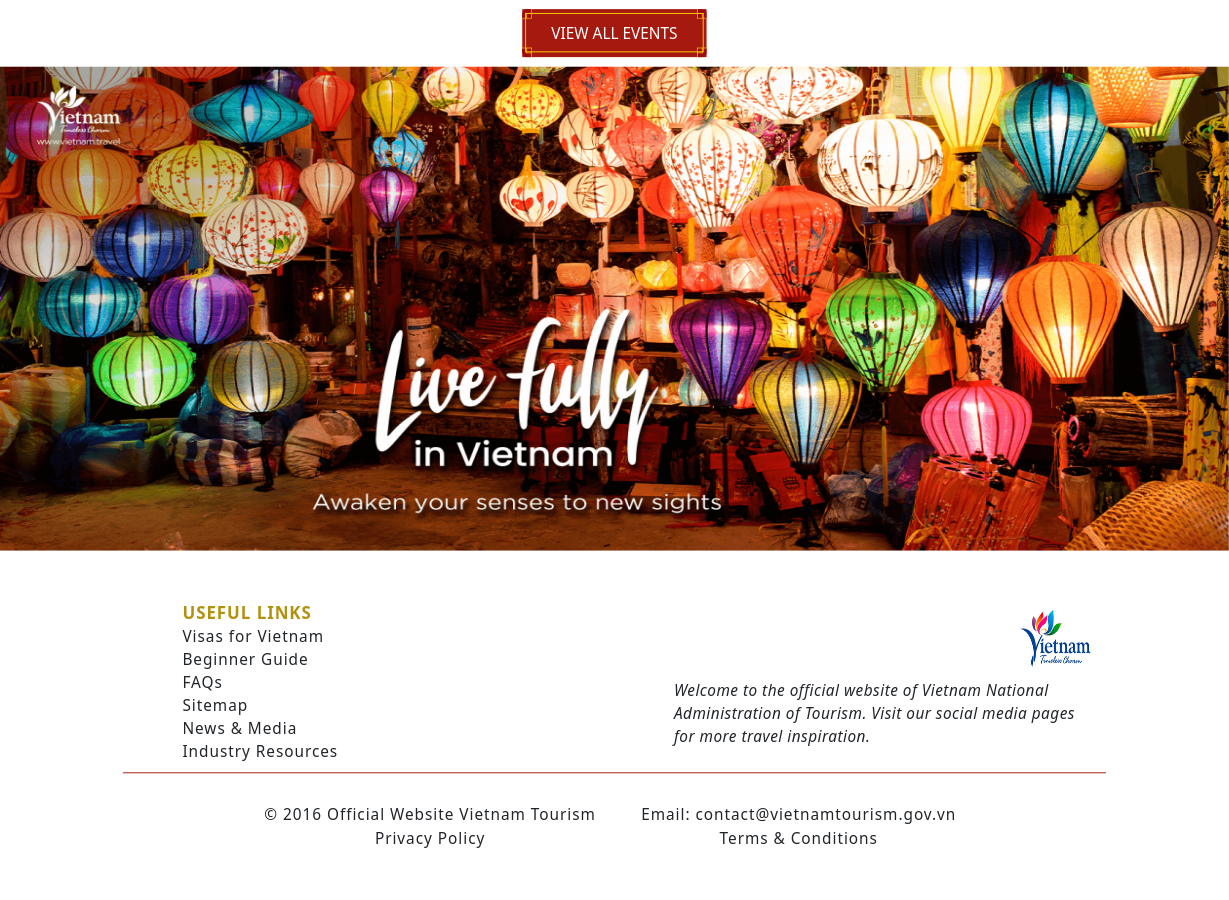
Repository: nguoilaisaochoi/TRAVEL-DEMO
Page: index.html
An editor plug-in stored every save of this project. The page is shown before and after the next save, followed by the edit.
The browser window is 1280 px wide. The pictures show the part of the page from y = 2162 to 3172 px (the page is 3100 px tall before and 3172 px after), at 96% of full size.
A picture or video elsewhere on the page could not be fetched, so the positions and the page height are approximate.

Above is the page before, as saved 2023-03-27 18:39:26.

### index.html
<!DOCTYPE html>
<html lang="en">
  <head>
    <meta charset="UTF-8" />
    <meta http-equiv="X-UA-Compatible" content="IE=edge" />
    <meta name="viewport" content="width=device-width, initial-scale=1.0" />
    <link rel="stylesheet" href="./index.css" />
    <script src="./index.js"></script>
    <link
      href="https://cdn.jsdelivr.net/npm/bootstrap@5.0.2/dist/css/bootstrap.min.css"
      rel="stylesheet"
      integrity="sha384-EVSTQN3/azprG1Anm3QDgpJLIm9Nao0Yz1ztcQTwFspd3yD65VohhpuuCOmLASjC"
      crossorigin="anonymous"
    />
    <title>Document</title>
  </head>
  <body>
    <div id="header">
      <img id="logo" src="./img_vd/logo.jpg" alt="" />
      <a href="#" onclick="showmenu()"><img id="vmenu" src="./img_vd/navmenu.jpg" /></a>
      <div id="menu">
        <li id="menucon">Live fully in Vietnam</li>
        <li id="menucon">Places to go</li>
        <li id="menucon">Things to do</li>
        <li id="menucon">Plan your trip</li>
        <li id="menucon">Green travel</li>
        <li id="menucon">Travel offers</li>
        <li id="menucon" onclick="addlang()" style="cursor: pointer">EN</li>
        <li id="lang"><p style="margin-top: 10px">日本語</p></li>
      </div>
    </div>
    <div id="vid">
      <video width="100%" autoplay muted loop src="./img_vd/1.mp4"></video>
    </div>
    <div id="content">
      <div id="cn1">
        <p id="start">LIVE FULLY IN VIETNAM</p>
        <p>Spectacular nature. Exceptional cuisine. Cultural diversity. Excellent service.</p>
        <p>
          Vietnam has fully reopened for international tourism without Covid-19 restrictions (No
          vaccination certificate, No test requirements, No quarantine, No medical declaration) and
          restored visa policies and immigration procedures as before Covid-19.
        </p>
        <p>
          Now you are free to discover and enjoy various wild nature destinations like limestone
          mountains, green terraced rice fields, and white sandy beaches. Holidays are coming, let’s
          get away from it all.
        </p>
        <p>
          Take in new sights, sounds, and flavors. Enjoy experiences that are truly memorable. Let’s
          explore, relax, and play. Live fully in Vietnam.
        </p>
      </div>
      <div id="cn2" class="row">
        <div id="cn21" class="col-md-12 col-lg-6">
          <div id="big">
            <img src="./img_vd/cn21.jpg" alt="" />
            <div id="tt">
              <div id="tt1"><p>Culture</p></div>
              <div id="tt2">
                <p>A guide to the boat tours of Ninh Binh</p>
              </div>
            </div>
          </div>
        </div>
        <div id="cn22" class="col-6 col-md-6 col-lg-3">
          <div id="big">
            <img src="./img_vd/cn22small.jpg" alt="" />
            <div id="tt">
              <div id="tt1"><p>Culture</p></div>
              <div id="tt2">
                <p>Enjoy the great outdoors in Ho Chi Minh City</p>
              </div>
            </div>
          </div>
        </div>
        <div id="cn23" class="col-6 col-md-6 col-lg-3">
          <div id="big">
            <img src="./img_vd/cn23smal.jpg" alt="" />
            <div id="tt">
              <div id="tt1"><p>Luxury</p></div>
              <div id="tt2">
                <p>Comfort Meets Culture at Hanoi's Luxury Hotels</p>
              </div>
            </div>
          </div>
        </div>
        <div id="cn24" class="col-lg-6">
          <div id="big">
            <img src="./img_vd/cn24.jpg" alt="" />
            <div id="tt">
              <div id="tt1"><p>Nature</p></div>
              <div id="tt2">
                <p>Binh Thuan: A Waterfall Paradise</p>
              </div>
            </div>
          </div>
        </div>
        <div id="cn24" class="col-lg-6">
          <div id="big">
            <img src="./img_vd/cn25.jpg" alt="" />
            <div id="tt">
              <div id="tt1"><p>Adventure</p></div>
              <div id="tt2">
                <p>Vung Tau - A sightseeing wonderland</p>
              </div>
            </div>
          </div>
        </div>
      </div>
    </div>
    <div id="whaton">
      <p style="font-size: 220%; color: #b2910e; text-transform: uppercase; font-weight: bold">
        What on?
      </p>
      <p style="font-size: 140%; letter-spacing: 0.5px">Check out upcoming events in Vietnam</p>
      <div id="event">
        <div id="e1" class="ev">
          <img src="./img_vd/e1.jpg" />
          <div id="info">
            <p>11 Mar 2023 - 13 Mar 2023</p>
            <p id="info2">Ban Flower Festival</p>
          </div>
        </div>
        <div id="e2" class="ev">
          <img src="./img_vd/e2.jpeg" />
          <div id="info">
            <p>10 Mar 2023 - 14 Mar 2023</p>
            <p id="info2">Buon Ma Thuot Coffee Festival</p>
          </div>
        </div>
        <div id="e3" class="ev">
          <img src="./img_vd/e3.jpeg" />
          <div id="info">
            <p>06 Mar 2023 - 11 Mar 2023</p>
            <p id="info2">Huong Pagoda Festival</p>
          </div>
        </div>
        <div id="e4" class="ev">
          <img src="./img_vd/e4.jpeg" />
          <div id="info">
            <p>08 Mar 2023 - 10 Mar 2023</p>
            <p id="info2">Da Nang Quan The Am Festival</p>
          </div>
        </div>
      </div>
      <div id="allev">
        <div id="allev1">
          <p>view all events</p>
        </div>
      </div>
    </div>
    <img src="./img_vd/VNAT Cover 2.png" width="100%" height="70%" />
    <!--FOOTER-->
    <div id="footer">
      <div id="ctfooter" class="row">
        <div id="ctfooter1" class="col-lg-6">
          <li style="color: #b2910e; font-weight: bold; letter-spacing: 1px; font-size: 110%">
            USEFUL LINKS
          </li>
          <li>Visas for Vietnam</li>
          <li>Beginner Guide</li>
          <li>FAQs</li>
          <li>Sitemap</li>
          <li>News & Media</li>
          <li>Industry Resources</li>
        </div>
        <div id="ctfooter2" class="col-lg-6">
          <img src="./img_vd/logo-bw.png" />
          <p style="margin-top: 10px">
            Welcome to the official website of Vietnam National Administration of Tourism. Visit our
            social media pages for more travel inspiration.
          </p>
        </div>
      </div>
      <div id="about" class="row">
        <li class="col-lg-6">© 2016 Official Website Vietnam Tourism</li>
        <li class="col-lg-6">Email: contact@vietnamtourism.gov.vn</li>
        <li class="col-lg-6">Privacy Policy</li>
        <li class="col-lg-6">Terms & Conditions</li>
      </div>
    </div>
  </body>
</html>

### index.css
/*--------------MOBILE--------------------*/
@media screen and (min-width: 225px) {
  body {
    width: 100%;
    height: 100vh;
    margin: 0;
    font-family: Arial, Helvetica, sans-serif;
  }
  #header {
    position: relative;
    width: 100%;
    height: 50px;
    background-color: white;
    z-index: 2;
  }
  #footer {
    width: 100%;
    min-height: 364px;
    background-color: white;
    display: flex;
    justify-content: center;
    flex-direction: column;
  }
  #ctfooter {
    margin: auto;
    width: 100%;
    height: 90%;
    margin-top: 10px;
    border-bottom: 1px solid #a5190e;
  }
  #ctfooter1 {
    list-style: none;
    letter-spacing: 1px;
    display: flex;
    justify-content: center;
    align-items: center;
    flex-direction: column;
  }
  #ctfooter2 {
    letter-spacing: 0.5px;
    font-style: italic;
    display: flex;
    flex-direction: column;
    justify-content: center;
    align-items: center;
    text-align: center;
  }
  #ctfooter2 img {
    margin-top: 10px;
    width: 30%;
    height: 35%;
  }
  #about {
    margin: auto;
    width: 100%;
    height: 200px;
    list-style: none;
    margin-top: 10px;
  }
  #about li {
    text-align: center;
    letter-spacing: 1px;
    height: 20px;
  }
  #vid {
    width: 100%;
    min-height: 100px;
    overflow: hidden;
    z-index: 0;
  }
  #logo {
    position: relative;
    z-index: 1;
    max-width: 20%;
    margin-left: 5%;
  }
  #start {
    margin-top: 20px;
    font-size: 160%;
    font-weight: bold;
    color: #b2910e;
    letter-spacing: 1px;
  }
  #vmenu {
    float: right;
    width: 10%;
    margin: 2%;
  }
  #menu {
    z-index: 0;
    position: absolute;
    list-style: none;
    display: block;
    flex-direction: column;
    width: 100%;
    margin-top: -10px;
    height: 0px;
    background-color: white;
    overflow: hidden;
    animation: animate2 0.5s ease;
  }
  #menu.active {
    z-index: 0;
    position: absolute;
    list-style: none;
    display: block;
    flex-direction: column;
    width: 100%;
    background-color: white;
    overflow: hidden;
    height: auto;
    animation: animate 0.5s ease;
    border-bottom: 5px solid #a5190e;
  }
  @keyframes animate {
    0% {
      height: 0px;
    }
    100% {
      height: 285px;
    }
  }
  @keyframes animate2 {
    0% {
      height: 285px;
    }
    100% {
      height: 0px;
    }
  }
  #lang {
    display: flex;
    width: 100%;
    justify-content: center;
    background-color: rgb(255, 255, 227);
    height: 0px;
    overflow: hidden;
    transition: 0.2s ease;
    text-decoration: none;
    color: gray;
  }
  #lang.active {
    display: flex;
    width: 100%;
    justify-content: center;
    background-color: rgb(255, 255, 227);
    height: 40px;
    overflow: hidden;
  }
  #menucon {
    display: flex;
    align-items: center;
    justify-content: center;
    width: 100%;
    height: 40px;
    margin-left: 0px;
    margin-right: 0px;
    font-size: 14px;
    transition: 0.2s ease;
    font-weight: bold;
    color: gray;
    border-bottom: 1px solid gray;
  }
  #menucon:hover {
    background-color: #80808039;
    cursor: pointer;
    color: rgb(145, 0, 0);
  }
  #content {
    display: flex;
    width: 100%;
    min-height: 400px;
    background-color: aqua;
    margin: auto;
    flex-wrap: wrap;
    justify-content: center;
    background: url(./img_vd/background.jpg) no-repeat;
    background-size: cover;
  }
  #cn1 p {
    text-align: center;
    letter-spacing: 2px;
  }
  #cn1 {
    width: 100%;
  }
  #cn2 {
    width: 100%;
  }
  #cn21,
  #cn22,
  #cn23,
  #cn24,
  #cn25 {
    height: 200px;
    position: relative;
    overflow: hidden;
    display: flex;
  }
  #cn22 #big img,
  #cn23 #big img {
    width: 140%;
  }
  #big {
    width: 100%;
    height: 90%;
    background-color: aliceblue;
    margin: auto;
    position: relative;
    overflow: hidden;
    border-radius: 5px;
  }
  #big img {
    position: absolute;
    width: 100%;
    height: 314px;
    z-index: 0;
  }

  #cn22 #big img {
    position: absolute;
    bottom: -40px;
  }
  #cn23 #big img {
    position: absolute;
    bottom: 0;
  }
  #tt {
    position: absolute;
    width: 100%;
    z-index: 1;
    bottom: 0;
  }
  #tt1 {
    max-height: 30px;
    width: 100px;
    background: url(./img_vd/bg-red-pattern.png);
    background-size: cover;
    z-index: 1;
    display: flex;
    text-transform: uppercase;
  }
  #tt1 p {
    color: white;
    font-weight: bold;
    margin: auto;
  }
  #tt2 {
    background-color: rgba(0, 0, 0, 0.501);
    padding: 2%;
    color: white;
    font-weight: bold;
    text-transform: uppercase;
    display: flex;
  }
  #tt2 p {
    margin-bottom: 0px;
    font-size: 90%;
  }
  #whaton {
    width: 100%;
    min-height: 667px;
    background-color: white;
    text-align: center;
  }
  #event {
    width: 90%;
    min-height: 150px;
    background: url(./img_vd/bg-red-pattern.png);
    background-size: 100px;
    display: flex;
    flex-direction: column;
    margin: auto;
    padding: 10px;
  }
  #e1,
  #e2,
  #e3,
  #e4 {
    position: relative;
    z-index: 0;
  }
  #event div {
    width: 100%;
    height: 150px;
    overflow: hidden;
  }
  #event img {
    width: 100%;
  }
  #info {
    position: absolute;
    z-index: 1;
    top: 0;
    color: white;
    width: 100%;
    background: linear-gradient(rgba(0, 0, 0, 0.737), transparent 70%);
  }
  #info p {
    text-align: left;
    margin-left: 10px;
    margin-top: 10px;
    line-height: 22px;
  }
  #info2 {
    font-weight: bold;
    font-size: 120%;
    text-transform: uppercase;
  }
  #allev {
    cursor: pointer;
    display: flex;
    margin: auto;
    margin-top: 10px;
    margin-bottom: 10px;
    width: 90%;
    height: 50px;
    background-color: #a5190e;
    background-image: url(./img_vd/bg-red-tl.png), url(./img_vd/bg-red-tr.png),
      url(./img_vd/bg-red-br.png), url(./img_vd/bg-red-bl.png);
    background-repeat: no-repeat;
    background-position: 0 0, 100% 0, 100% 100%, 0 100%;
  }
  #allev1 {
    width: 98%;
    margin: auto;
    border: 1px solid #ffcc00;
    text-transform: uppercase;
  }
  #allev1 p {
    margin-top: 4%;
    line-height: 10px;
    color: white;
  }
}
/*--------------TABLET--------------------*/
@media screen and (min-width: 768px) {
  #footer {
    width: 100%;
    min-height: 364px;
    background-color: white;
    display: flex;
    justify-content: center;
    flex-direction: column;
  }
  #ctfooter {
    width: 100%;
    height: 90%;
    margin-top: 10px;
    border-bottom: 1px solid #a5190e;
  }
  #ctfooter1 {
    align-items: flex-start;
  }
  #ctfooter2 {
    align-items: flex-end;
    text-align: start;
  }
  #ctfooter1 li,
  #ctfooter2 p {
    margin-left: 50px;
  }
  #ctfooter2 img {
    width: 12%;
    height: 40%;
  }
  #start {
    font-size: 350%;
  }
  #cn1 {
    width: 90%;
  }
  #cn2 {
    width: 90%;
  }
  #cn21,
  #cn22,
  #cn23,
  #cn24,
  #cn25 {
    height: 310px;
    position: relative;
    overflow: hidden;
    display: flex;
  }

  #big img {
    display: flex;
    height: 314px;
    transition: 0.5s ease;
  }
  #tt2 p {
    font-size: 110%;
  }
  #whaton {
    min-height: 130px;
  }
  #event {
    width: 90%;
    flex-direction: row;
  }
  #event div {
    height: 280px;
  }
  #event img {
    width: auto;
    height: 344px;
    position: relative;
    right: 155px;
  }
  #e1,
  #e2,
  #e3,
  #e4 {
    margin: 0.5%;
    border-radius: 5px;
  }
  #allev {
    width: 25%;
  }
  #allev1 {
    width: 96%;
    height: 83%;
    display: flex;
  }
  #allev1 p {
    margin: auto;
  }
}
/*--------------DESKTOP--------------------*/
@media screen and (min-width: 992px) {
  #header {
    width: 100%;
    height: 90px;
  }
  #ctfooter {
    margin: auto;
    width: 80%;
  }
  #ctfooter2 img {
    width: 16%;
    height: 40%;
  }
  #ctfooter1,
  #ctfooter2 {
    margin-bottom: 10px;
  }
  #about {
    width: 60%;
    height: 50px;
    margin: auto;
    margin-top: -20px;
  }
  #about li {
    height: 20px;
  }
  #vmenu {
    display: none;
  }
  #logo {
    width: 10%;
  }
  #menu {
    display: inline-flex;
    height: 90px;
    margin: 0;
    width: 80%;
    margin-left: 20px;
    flex-direction: row;
    background-color: transparent;
    overflow: visible;
  }
  #menucon {
    height: 90px;
    width: 150px;
    font-size: 80%;
    border-bottom: none;
    text-align: center;
  }
  #lang {
    z-index: 1;
    position: relative;
    top: 90px;
    right: 12.4%;
    width: 150px;
    background-color: white;
  }
  #lang.active {
    z-index: 1;
    position: relative;
    top: 90px;
    right: 12.4%;
    width: 150px;
    background-color: white;
    border-bottom: 5px solid #a5190e;
  }
  #cn2 {
    width: 100%;
  }
  #cn1 {
    width: 90%;
  }
  #cn2 {
    width: 90%;
  }
  #cn21,
  #cn22,
  #cn23,
  #cn24,
  #cn25 {
    height: 310px;
    position: relative;
    overflow: hidden;
    display: flex;
  }
  #big {
    width: 100%;
    height: 90%;
    background-color: aliceblue;
    margin: auto;
    position: relative;
    overflow: hidden;
  }
  #big:hover > img {
    scale: 1.1;
  }
  #big img {
    height: 370px;
    transition: 0.5s ease;
  }
  #tt2 p {
    font-size: 110%;
  }
  #info2 {
    font-size: 150%;
  }
  .ev img {
    transition: 0.5s ease;
  }
  .ev:hover > img {
    scale: 1.1;
  }
  #allev {
    width: 15%;
  }
  #allev1 {
    width: 97%;
    height: 83%;
  }
}

### index.js
/*function showLoginForm() {
  var abc = document.getElementById("menu");
  if (abc.style.display === "flex") {
    abc.style.display = "none";
  } else {
    abc.style.display = "flex";
  }
}*/
function showmenu() {
  var abc = document.getElementById("menu");
  if (abc.classList.contains("active")) {
    abc.classList.remove("active");
  } else {
    abc.classList.add("active");
  }
}
function addlang() {
  var abc = document.getElementById("lang");
  if (abc.classList.contains("active")) {
    abc.classList.remove("active");
  } else {
    abc.classList.add("active");
  }
}

After the next save:
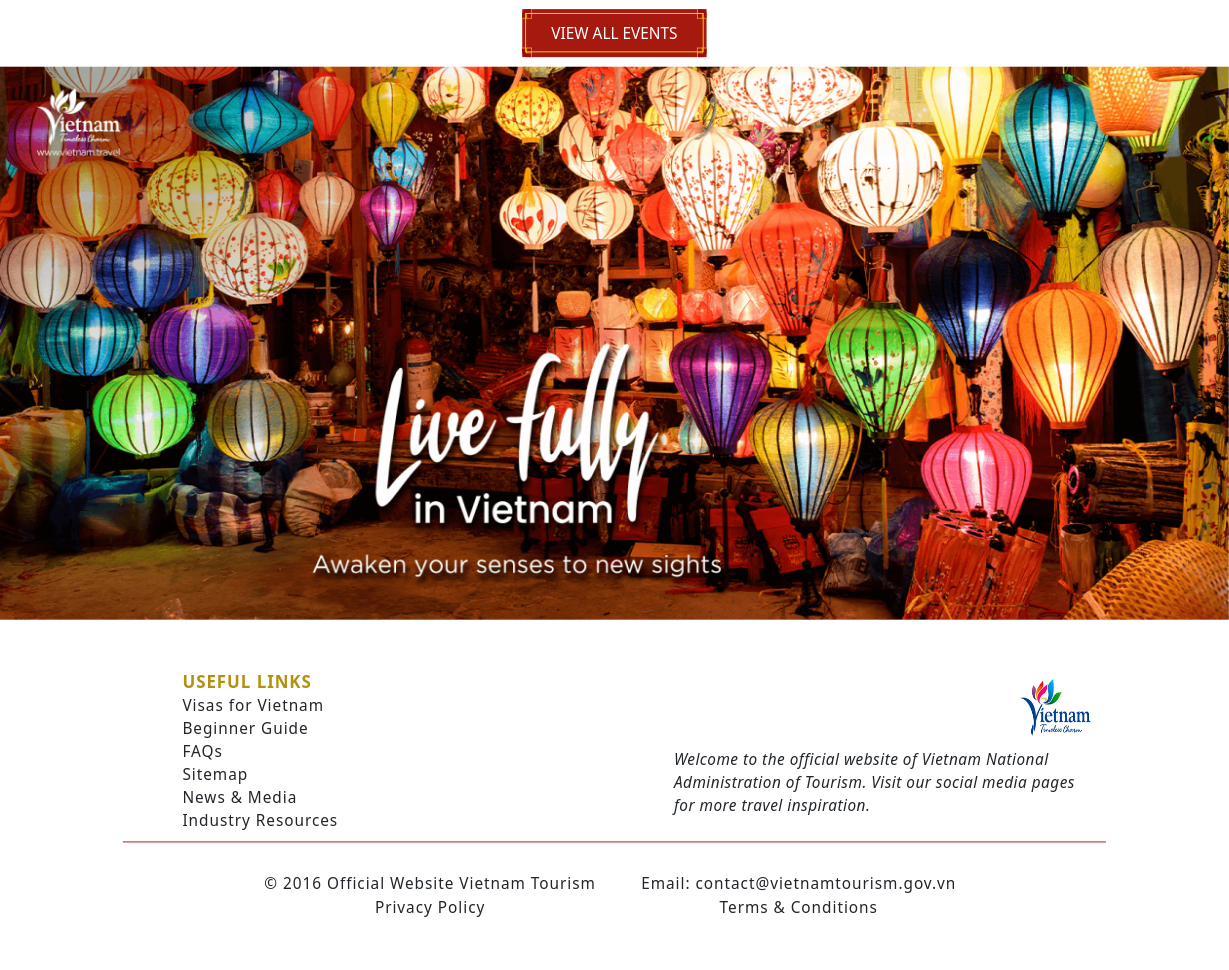
Saved 10 s later.
--- a/index.html
+++ b/index.html
@@ -150,7 +150,7 @@
         </div>
       </div>
     </div>
-    <img src="./img_vd/VNAT Cover 2.png" width="100%" height="70%" />
+    <img src="./img_vd/VNAT Cover 2.png" width="100%" height="80%" />
     <!--FOOTER-->
     <div id="footer">
       <div id="ctfooter" class="row">
